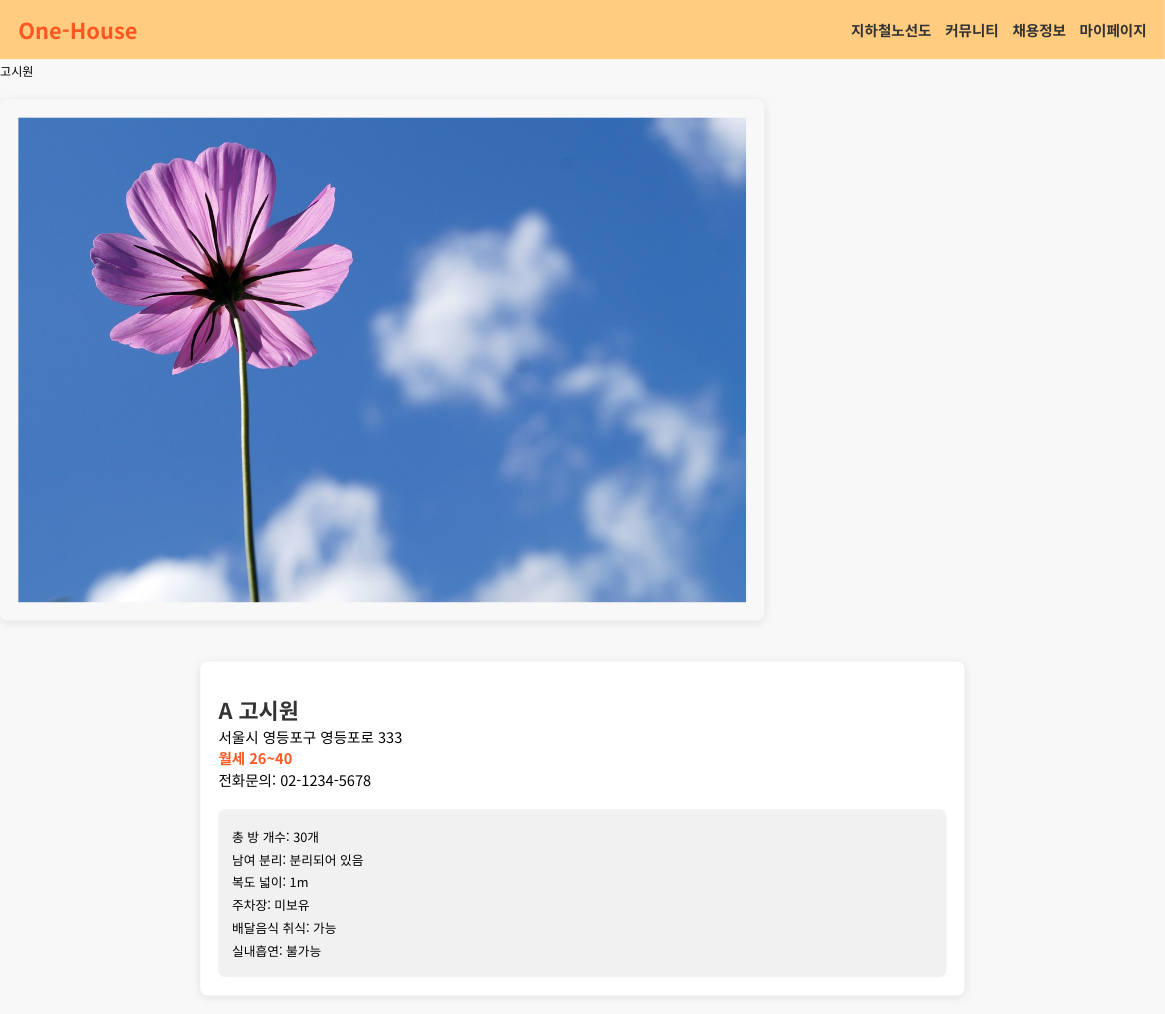
Repository: nayeon-3/one_house
Page: one_house/public/sample/page1.html
An editor plug-in stored every save of this project. The page is shown before and after the next save, followed by the edit.
The browser window is 1280 px wide. The pictures show the whole page, at 91% of full size.

Above is the page before, as saved 2025-02-12 05:21:15.

After the next save:
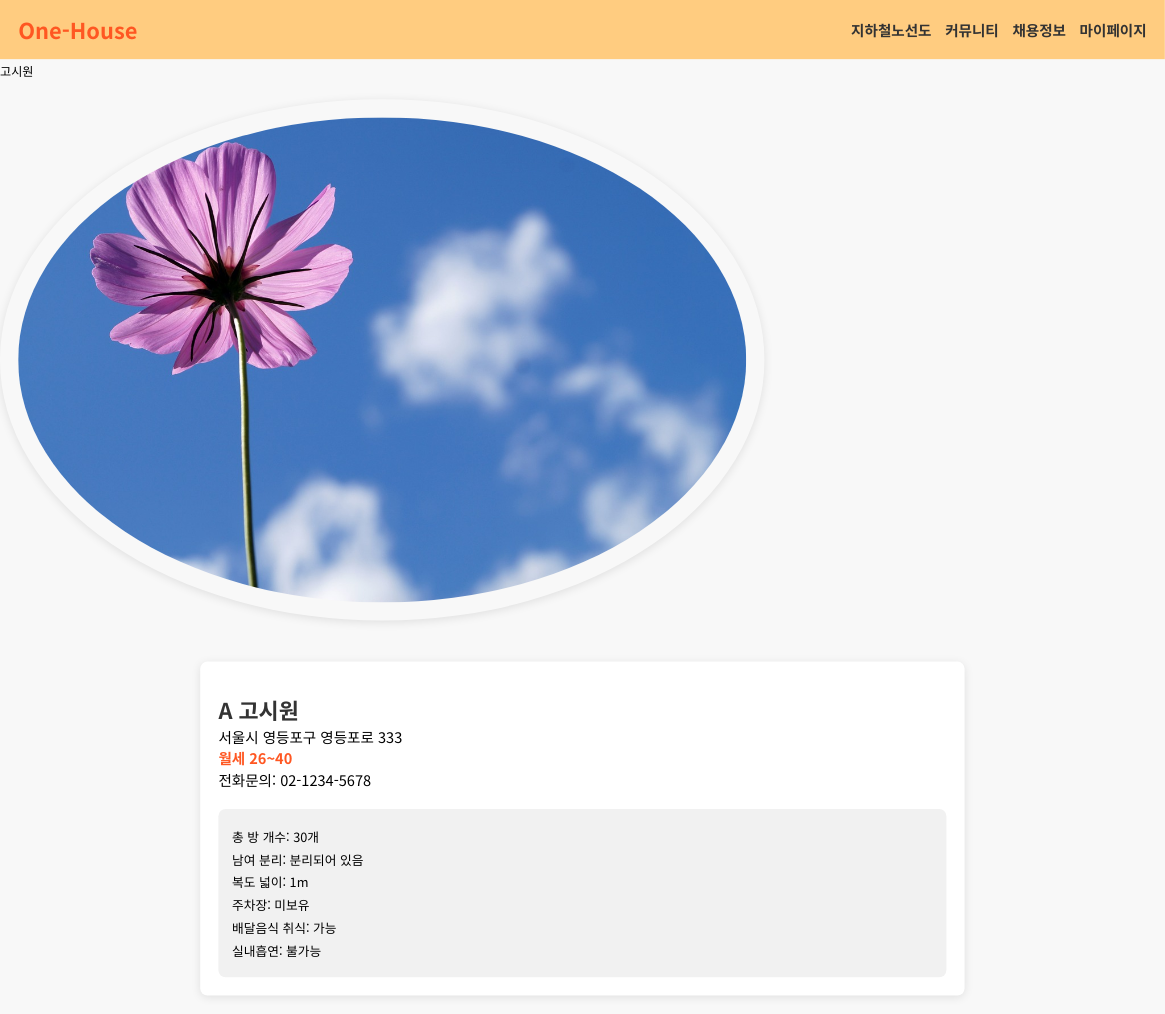
Saved 2 min 16 s later.
--- a/one_house/public/sample/page1.css
+++ b/one_house/public/sample/page1.css
@@ -68,7 +68,7 @@ nav ul li a {
 img {
    	max-width: 800px;
     margin: 20px auto;
-    border-radius: 8px;
+    border-radius: 50%;
     box-shadow: 0 2px 10px rgba(0, 0, 0, 0.1);
     padding: 20px;
 }
